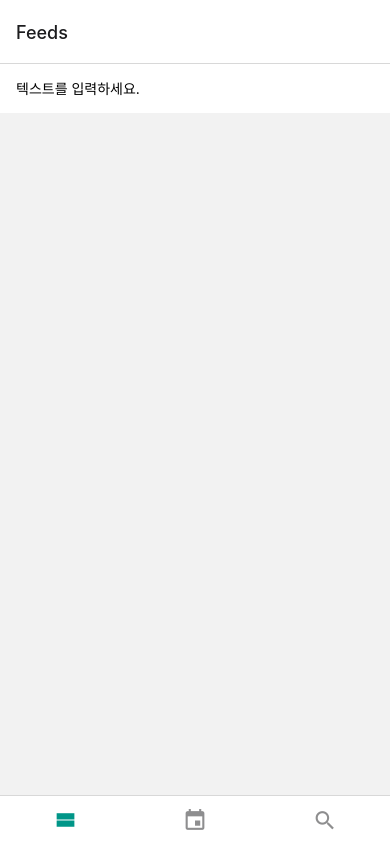
Repository: H-Rn-Study/haebzzang
Screen: / (app in DayLog/)
The author's editor kept a copy of each file at every save. The screen is drawn from the files as they stood at one save, then again after a run of saves.
The app was drawn by React Native's web renderer in a window 390 px wide. The project was rebuilt for these pictures with package versions that can differ from the ones it lists, and the page was loaded fresh each time. Also part of the build but not shown: DayLog/screens/CalendarScreen.js, DayLog/screens/SearchScreen.js, DayLog/screens/WriteScreen.js.

Above is the screen before, as saved 2022-11-16 15:10:33.

After the next 3 saves:
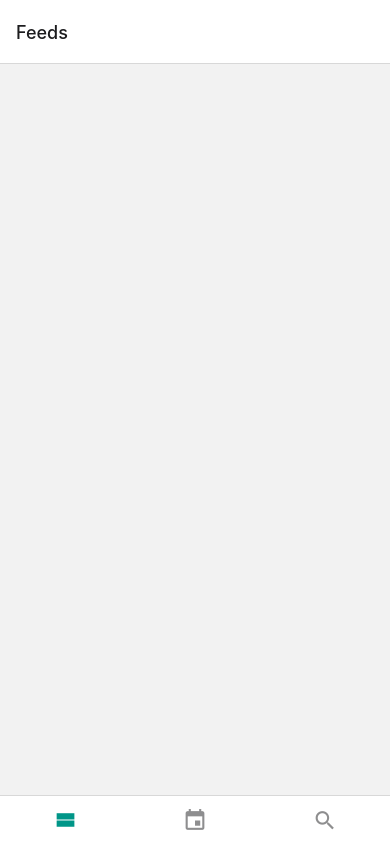
The 3 saves are shown as one change because 2 did not build or start.
The last was saved 4 min 30 s later.
--- a/DayLog/screens/FeedsScreen.js
+++ b/DayLog/screens/FeedsScreen.js
@@ -1,26 +1,12 @@
-import React, {useContext} from "react";
-import {StyleSheet, View, TextInput} from 'react-native';
-import LogContext from "../contexts/LogContext";
+import React from "react";
+import {StyleSheet, View} from 'react-native';
 
 function FeedsScreen() {
-    const {text, setText} = useContext(LogContext);
-    return (
-    <View style = {styles.block}>
-        <TextInput
-        value = {text}
-        onChangeText = {setText}
-        placeholder = "텍스트를 입력하세요."
-        style = {styles.input}
-        />
-    </View>
-    );
+    return <View style = {styles.block} />;
 }
 
 const styles = StyleSheet.create({
-    input: {
-        padding: 16,
-        backgroundColor : 'white',
-    },
+    block: {},
 });
 
 export default FeedsScreen;
